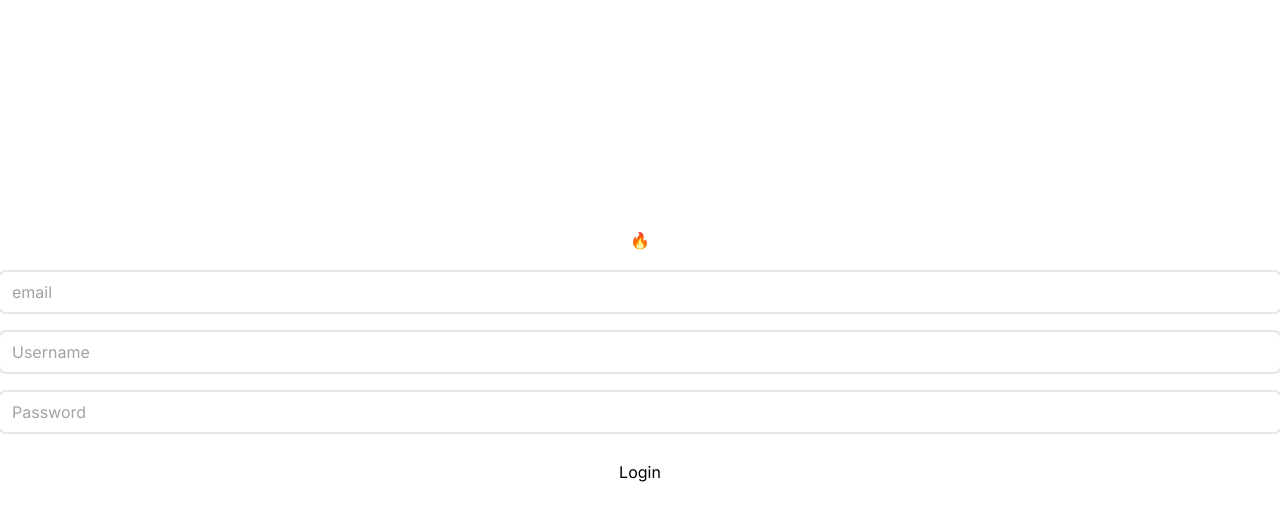
Repository: ParkSeokgyu/tweets
Page: /login
An editor plug-in stored every save of this project. The page is shown before and after the next save, followed by the edit.
The browser window is 1280 px wide. The pictures show the whole page.
The project was rebuilt for these pictures with package versions that can differ from the ones it lists, and the page was loaded fresh each time. The framework's server and built-in components were replaced by stand-ins that run in the browser. Also part of the build but not shown: next.config.mjs.

Above is the page before, as saved 2024-08-14 11:05:56.

After the next save:
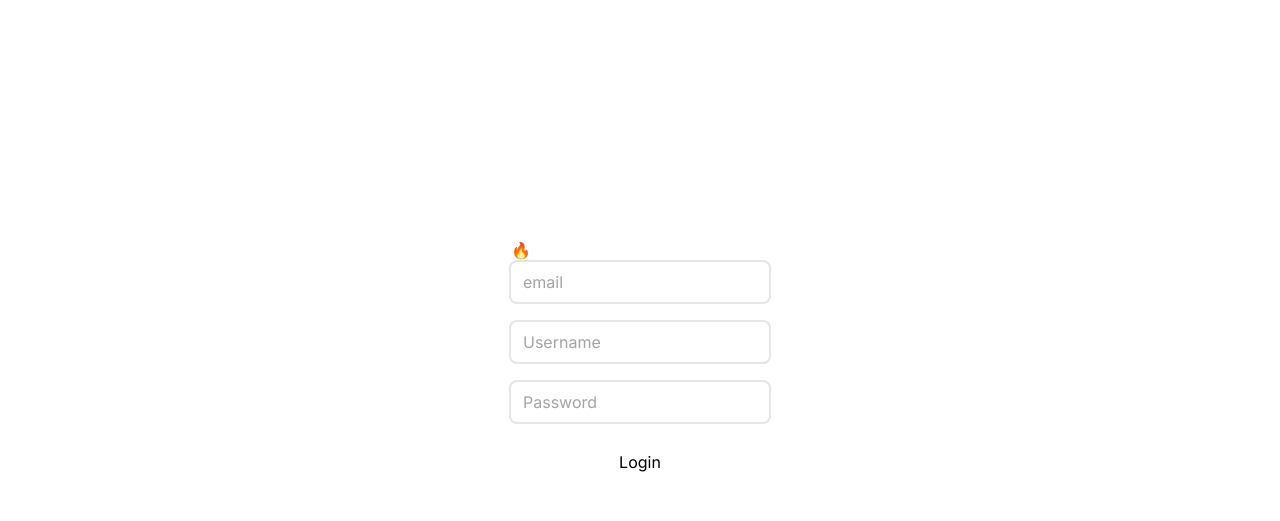
Saved 36 s later.
--- a/app/login/page.tsx
+++ b/app/login/page.tsx
@@ -7,33 +7,35 @@ export default function Login() {
   return (
     <div className="min-h-screen flex items-center justify-center flex-col gap-5">
       <div>
-        <h1>🔥</h1>
+        <div>
+          <h1>🔥</h1>
+        </div>
+        <form action="" className="flex flex-col gap-5 w-full">
+          <Input
+            name="email"
+            type="email"
+            placeholder="email"
+            required
+            errors={[]}
+          />
+          <Input
+            name="username"
+            type="text"
+            placeholder="Username"
+            required
+            errors={[]}
+          />
+          <Input
+            name="password"
+            type="password"
+            placeholder="Password"
+            required
+            errors={[]}
+          />
+
+          <Button text="Login" />
+        </form>
       </div>
-      <form action="" className="flex flex-col gap-5 w-full">
-        <Input
-          name="email"
-          type="email"
-          placeholder="email"
-          required
-          errors={[]}
-        />
-        <Input
-          name="username"
-          type="text"
-          placeholder="Username"
-          required
-          errors={[]}
-        />
-        <Input
-          name="password"
-          type="password"
-          placeholder="Password"
-          required
-          errors={[]}
-        />
-
-        <Button text="Login" />
-      </form>
     </div>
   )
 }
